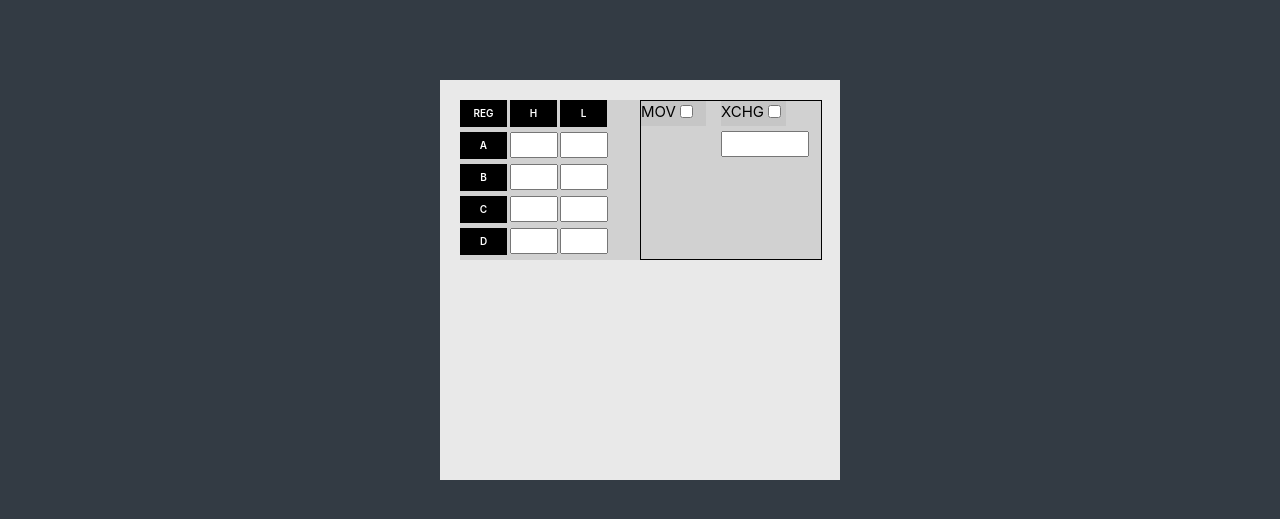
Repository: piookr-wsei/8086
Page: /
The author's editor kept a copy of each file at every save. The page is drawn from the files as they stood at one save, then again after the next save.
The browser window is 1280 px wide. The pictures show the whole page.
The project was rebuilt for these pictures with package versions that can differ from the ones it lists, and the page was loaded fresh each time.

Above is the page before, as saved 2022-06-18 21:15:30.

### src/App.js
import React from 'react';
import { useState } from 'react';
import './App.css';
import { RegDesc, RegInput, RegWrapper, UiWindow, UiWrapper, SettingsWrapper, Labels, CheckWrapper, OpBox, LineWrap, NumDesc } from './Components/Components.elements';


function App() {

  const xchg="xchg";
  const mov="mov"

  const [movChecked, setMovChecked] = useState(false);

  const [xchgChecked, setXchgChecked] = useState(false);

  const [opChosen,setOpChosen] = useState(null)

  function HandleCheck(name){
    if(name=="mov"){
      setMovChecked(!movChecked)
      setXchgChecked(false)
    }
    else if(name=="xchg"){
      setXchgChecked(!xchgChecked)
      setMovChecked(false)

    }
    setOpChosen(name)
  }

function OpChange(){
  return(
    <>
    <Labels>
      <CheckWrapper>
        MOV
        <OpBox type="checkbox"  checked={movChecked} onClick={() => HandleCheck(mov)} id="MOV"/>
      </CheckWrapper>
      <CheckWrapper>
        XCHG
        <OpBox type="checkbox" checked={xchgChecked} onChange={() => HandleCheck(xchg)} id="XCHG" name="XCHG"/>
      </CheckWrapper>
    </Labels>
    </>
    )
  }







  return (
    <div className="App">
      <UiWindow>
        <UiWrapper>
          <RegWrapper>
            <RegDesc textContent={"REG"}/>  <RegDesc textContent={"H"}/>  <RegDesc textContent={"L"}/>

            <RegDesc textContent={"A"}/>  <RegInput maxLength={2}/> <RegInput maxLength={2}/>
            <RegDesc textContent={"B"}/>  <RegInput maxLength={2}/> <RegInput maxLength={2}/>
            <RegDesc textContent={"C"} />  <RegInput maxLength={2}/> <RegInput maxLength={2}/>
            <RegDesc textContent={"D"}/>  <RegInput maxLength={2}/> <RegInput maxLength={2}/>
          </RegWrapper>

          <SettingsWrapper>

              <OpChange/>

              <LineWrap>
              <NumDesc textContent={"A"}/>  <RegInput maxLength={2} style={{width:"80px"}}/>
              </LineWrap>
          </SettingsWrapper>



        </UiWrapper>
      </UiWindow>

    </div>
  );
}

export default App;

### src/App.css
body{
  height: 100%;
  background: rgba(1, 10, 22, 0.8);
}
.App {

}

.App-logo {
  height: 40vmin;
  pointer-events: none;
}

@media (prefers-reduced-motion: no-preference) {
  .App-logo {
    animation: App-logo-spin infinite 20s linear;
  }
}

.App-header {
  background-color: #282c34;
  min-height: 100vh;
  display: flex;
  flex-direction: column;
  align-items: center;
  justify-content: center;
  font-size: calc(10px + 2vmin);
  color: white;
}

.App-link {
  color: #61dafb;
}

@keyframes App-logo-spin {
  from {
    transform: rotate(0deg);
  }
  to {
    transform: rotate(360deg);
  }
}

### src/Components/Components.elements.js
import styled from "styled-components";

export const UiWindow = styled.div`
    height: 400px;
    width: 400px;
    background: rgb(233,233,233);
    position: relative;
    margin: auto;
    top: 80px;
`

export const UiWrapper = styled.div`
    border: 20px solid transparent;
    display: grid;
    grid-template-columns: 1fr 1fr;
`

export const RegWrapper = styled.div`
    width: 180px;
    background: rgba(0,0,0,0.1);
    position: relative;
    left: 0;
    display: grid;
    grid-template-columns: 50px 50px 50px;
`

export const RegInput = styled.input`
    height: 20px;
    width: 40px;
    margin-bottom:5px;
    text-align: center;
`

export const SettingsWrapper = styled.div`
    width: 180px;
    background: rgba(0,0,0,0.1);
    position: relative;
    right: 0;
    display: grid;
    grid-template-columns: 180px;
    border: solid 1px black;
    font-size: 15px;
    line-height: 22px;
    grid-template-rows: repeat(auto-fit,30px);

`

export const RegDescSC = styled.div`
    height: 27px;
    width: 47px;
    background: black;
    margin-bottom:5px;
    color: white;
    font-weight: 600;
`

export const DescText = styled.p`
    font-size: 10px;
    text-align: center;
    position: relative;
    top: -3px;
`

export function RegDesc(props){
    return(
        <RegDescSC>
            <DescText>{props.textContent}</DescText>
        </RegDescSC>
    )
}

export const Labels = styled.div`
    display: grid;
    grid-template-columns: 80px 80px;
`

export const CheckWrapper = styled.div`
    background: rgba(0,0,0,0.05);
    width: 65px;
    height: 25px;
`

export const OpBox = styled.input`
    vertical-align: "middle";
    position: relative;
    top: 1px;
`

export const LineWrap = styled.div`
    width: 180px;
    display: flex;
    align-items: center;
`

export const NumDesc = styled.div`
    width: 80px;
`

Loaded but not shown: public/index.html (common file); src/index.js (common file); src/index.css (common file); src/reportWebVitals.js (common file)

After the next save:
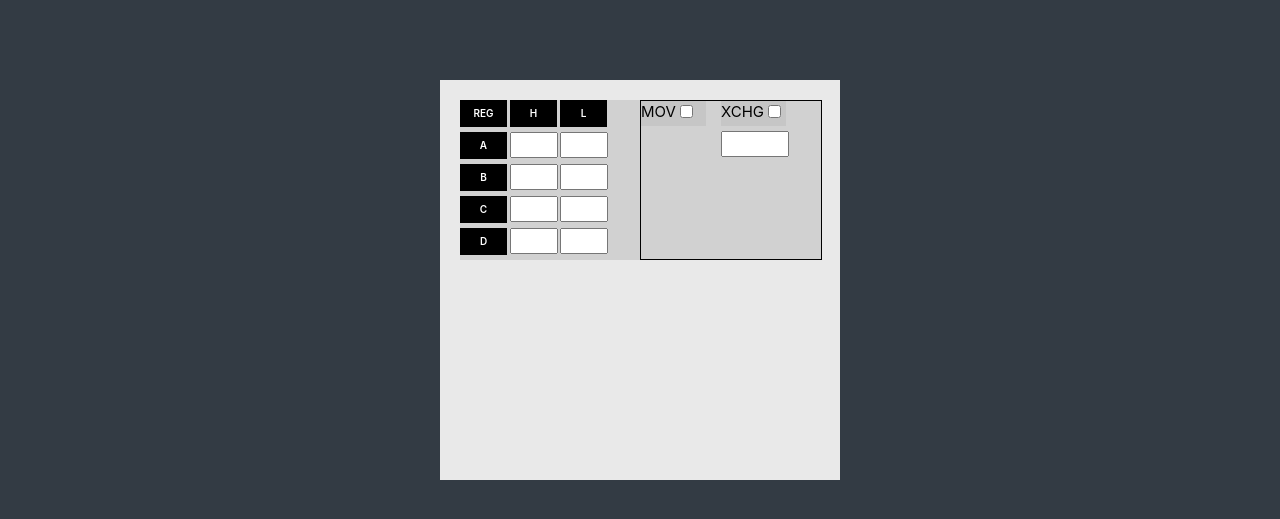
Saved 10 s later.
--- a/src/App.js
+++ b/src/App.js
@@ -69,7 +69,7 @@ function OpChange(){
               <OpChange/>
 
               <LineWrap>
-              <NumDesc textContent={"A"}/>  <RegInput maxLength={2} style={{width:"80px"}}/>
+              <NumDesc textContent={"A"}/>  <RegInput maxLength={2} style={{width:"60px"}}/>
               </LineWrap>
           </SettingsWrapper>
 
